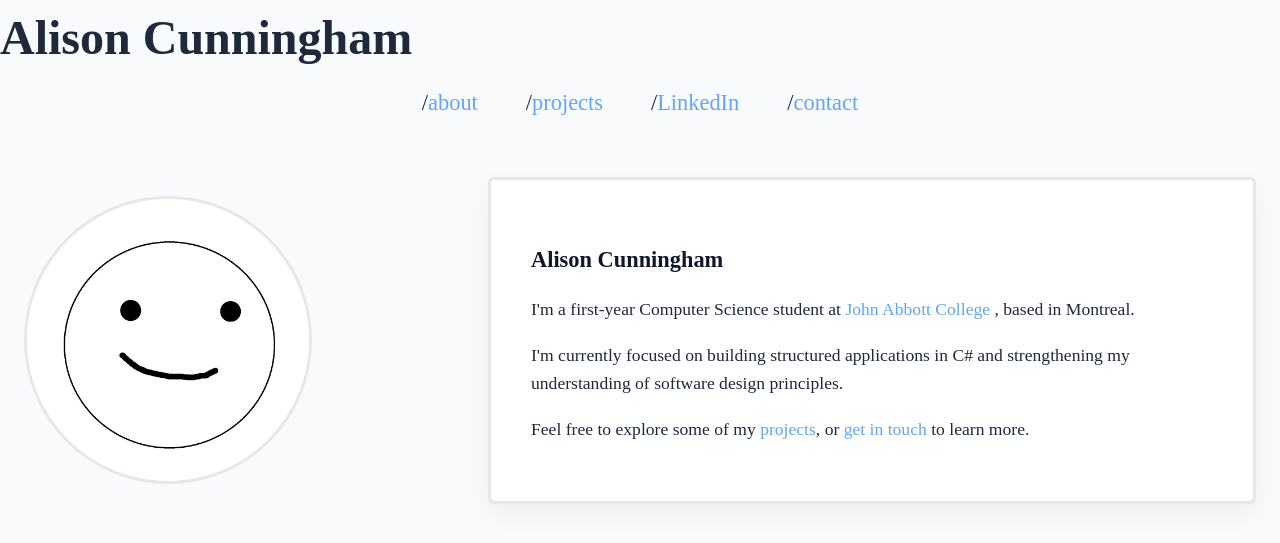
Repository: alison-cunningham/alison-cunningham
Page: index.html
An editor plug-in stored every save of this project. The page is shown before and after the next save, followed by the edit.
The browser window is 1280 px wide. The pictures show the whole page.
Some web fonts or font styles are not loaded; a fallback is used.

Above is the page before, as saved 2026-05-12 20:06:08.

After the next save:
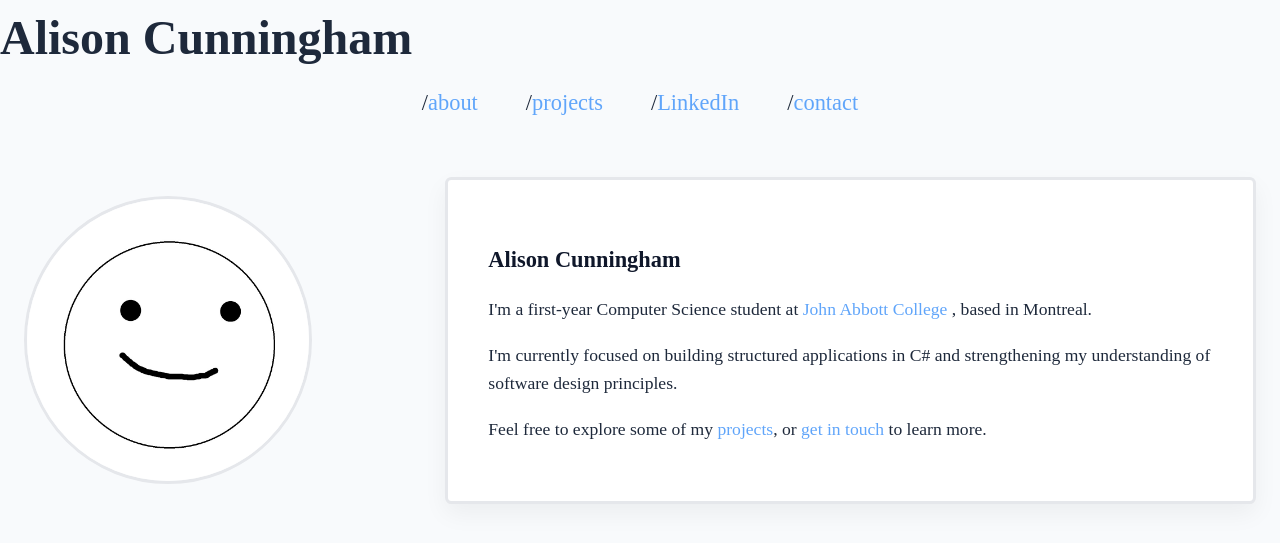
Saved 2 min 46 s later.
--- a/styles/index.css
+++ b/styles/index.css
@@ -47,7 +47,7 @@ main{
         display: grid;
         grid-template-columns: 1fr 2fr;
         align-items: center;
-        gap: 4rem;
+        gap: 1rem;
     }
 
     .about-me{
@@ -66,7 +66,7 @@ main{
         display: grid;
         grid-template-columns: 1fr 2fr;
         align-items: center;
-        gap: 5rem;
+        gap: 1rem;
     }
 
     .page-header{
